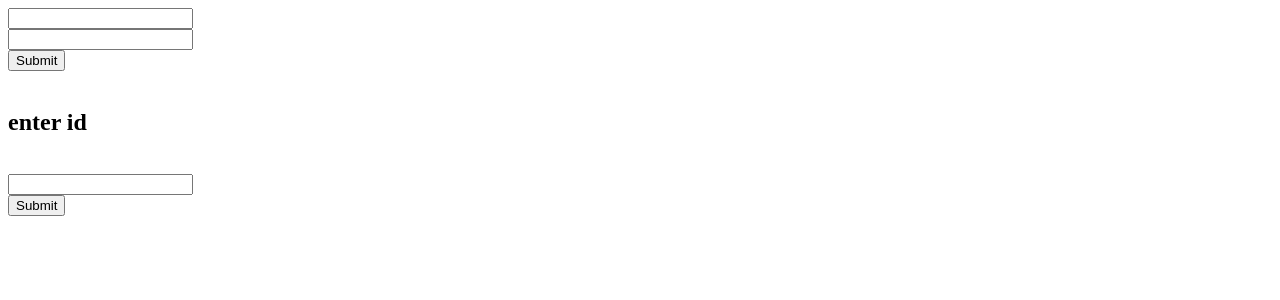
Repository: thepirorekildo/Spring-Learner-Stuff
Page: http://localhost/bootjpa/home.jsp
The author's editor kept a copy of each file at every save. The page is drawn from the files as they stood at one save, then again after the next save.
The browser window is 1280 px wide. The pictures show the whole page.
The page is served by Tomcat 9.

Above is the page before, as saved 2023-10-17 11:20:29.

After the next save:
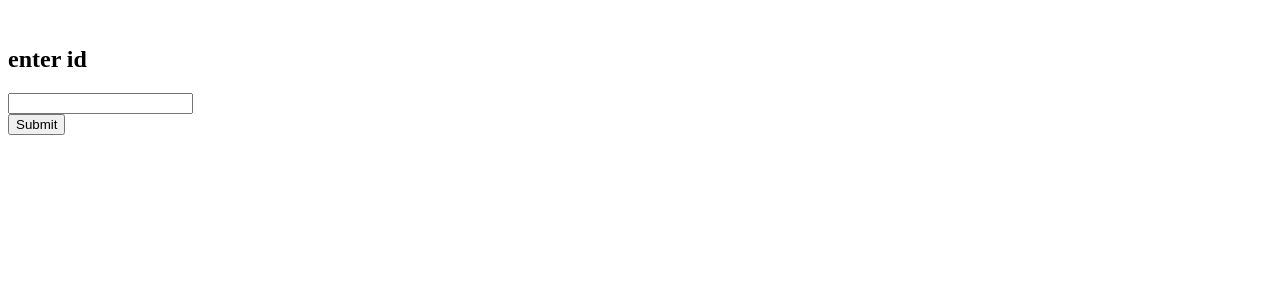
Saved 95 s later.
--- a/bootjpa/src/main/webapp/home.jsp
+++ b/bootjpa/src/main/webapp/home.jsp
@@ -8,14 +8,9 @@
 </head>
 <body>
 
-	<form action="addAlien">
-		<input type="text" name="aid"/><br>
-		<input type="text" name="aname"/><br>
-		<input type="submit" />
-	</form>
 
 	<br>
-	<h2>enter id</h2> <br>
+	<h2>enter id</h2>
 	<form action="getAlien">
 		<input type="text" name="aid"/><br>
 		<input type="submit" />
